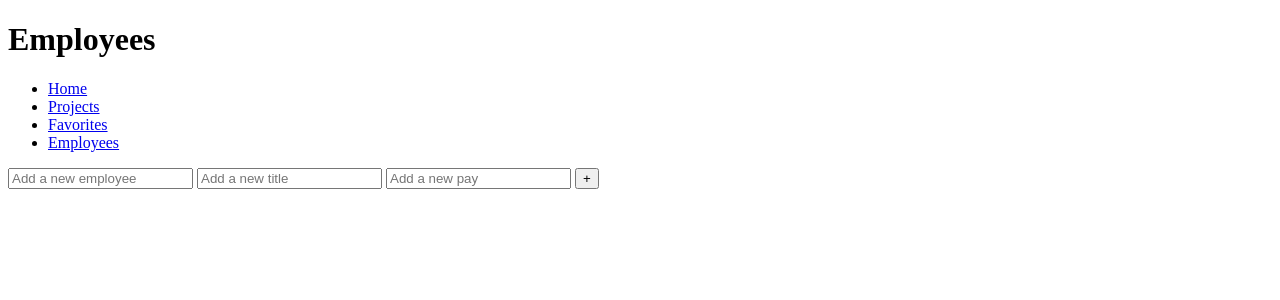
Repository: Kayla-amr/workApp
Page: client/employees.html
An editor plug-in stored every save of this project. The page is shown before and after a run of saves, followed by the edit.
The browser window is 1280 px wide. The pictures show the whole page.
The page's requests for data from a server got no answer.

Above is the page before, as saved 2023-12-08 11:51:56.

After the next 3 saves:
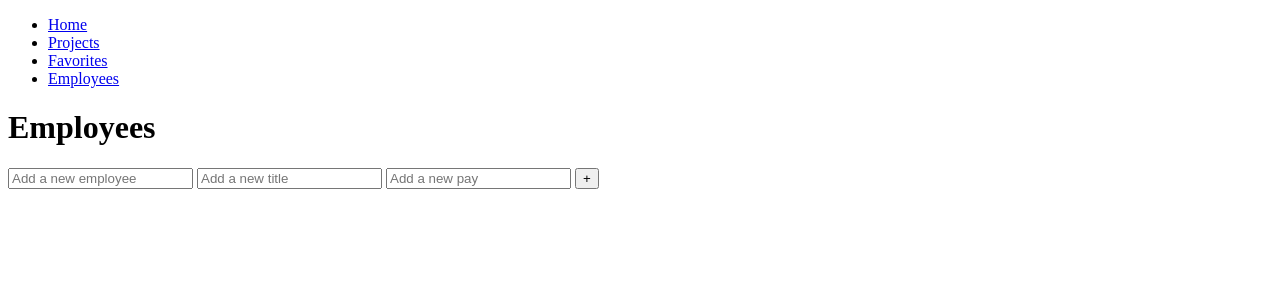
The 3 saves are shown as one change because they came seconds apart.
The last was saved 12 s later.
--- a/client/employees.html
+++ b/client/employees.html
@@ -7,16 +7,17 @@
 </head>
 <body>
     <div class="app">
+        <div>
+            <nav>
+                <ul>
+                    <li><a href="./index.html">Home</a></li>
+                    <li><a href="./projects.html">Projects</a></li>
+                    <li><a href="./favorites.html">Favorites</a></li>
+                    <li><a href="./employees.html">Employees</a></li>
+                </ul>
+        </div>
         <h1>Employees</h1>
 
-        <nav>
-            <ul>
-                <li><a href="./index.html">Home</a></li>
-                <li><a href="./projects.html">Projects</a></li>
-                <li><a href="./favorites.html">Favorites</a></li>
-                <li><a href="./employees.html">Employees</a></li>
-            </ul>
-        </nav>
         <div class="input">
             <input class="userEName" type="text" placeholder="Add a new employee">
             <input class="userETitle" type="text" placeholder="Add a new title">
